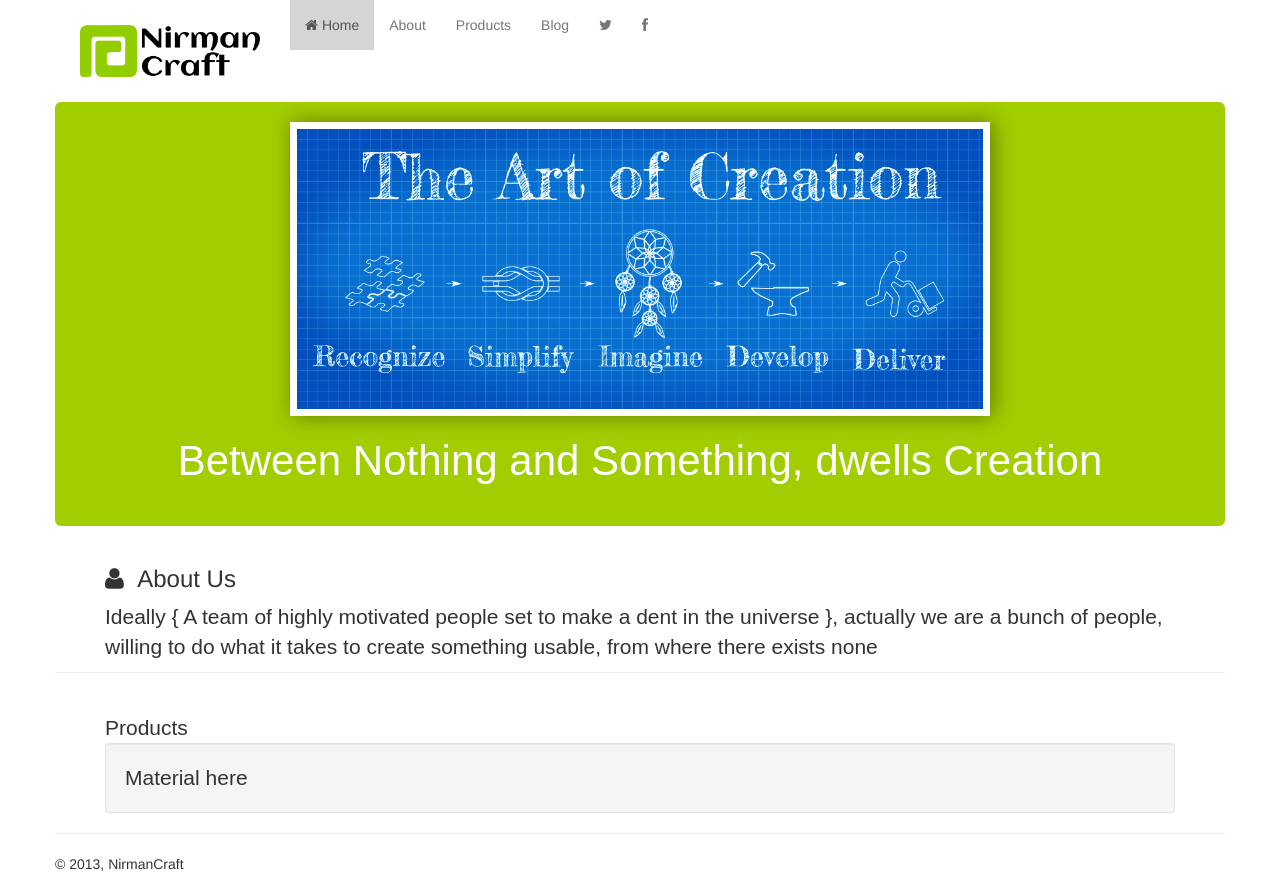
Repository: MeShreyas/NirmanCraftWebsite
Page: NirmanCraft/index.html
The author's editor kept a copy of each file at every save. The page is drawn from the files as they stood at one save, then again after the next save.
The browser window is 1280 px wide. The pictures show the whole page.
Some web fonts or font styles are not loaded; a fallback is used.

Above is the page before, as saved 2013-10-07 12:36:58.
Console error: ReferenceError: jQuery is not defined

### NirmanCraft/index.html
<!DOCTYPE html>
<html lang="en">
	<head>
		<meta charset="utf-8">

		<!-- Always force latest IE rendering engine (even in intranet) & Chrome Frame
		Remove this if you use the .htaccess -->
		<meta http-equiv="X-UA-Compatible" content="IE=edge,chrome=1">

		<title>Nirman Craft</title>
		<meta name="description" content="">
		<meta name="author" content="Shreyas">

		<meta name="viewport" content="width=device-width; initial-scale=1.0">

		<!-- Replace favicon.ico & apple-touch-icon.png in the root of your domain and delete these references -->
		<link rel="shortcut icon" href="/favicon.ico">
		<link rel="stylesheet" href="css/bootstrap.min.css">
		<link rel="apple-touch-icon" href="/apple-touch-icon.png">
		<link rel="stylesheet" href="font-awesome/css/font-awesome.min.css"/>
		<style type="text/css">
				.title-text {
					font-family: 'Strait', sans-serif;
					font-size: 2em;
					color: #FFFFFF;
				}

				.header-text {
					font-family: 'Strait', sans-serif;
					font-size: 1.5em;
					color:#333333;
				}
			</style>
	</head>

	<body>
		<div class="container">
			<header class="navbar" style="background-color: #FFFFFF;margin-bottom:0px">
				<div class="container">
					<div class="navbar-header">
						<a class="navbar-brand" href="../"><img src="images/nclogo.png" width="200px" style="padding:10px"/></a>
					</div>
					<div>
						<ul class="nav navbar-nav container" >
							<li class="active">
								<a href="../getting-started"><i class="icon-home"></i>&nbsp;Home</a>
							</li>
							<li>
								<a href="../css">About</a>
							</li>
							<li>
								<a href="../components">Products</a>
							</li>
							<li>
								<a href="../javascript">Blog</a>
							</li>
							<li>
								<a href="../customize"><i class="icon-twitter"></i></a>
							</li>
							<li>
								<a href="../customize"><i class="icon-facebook"></i></a>
							</li>
						</ul>
					</div>
				</div>
			</header>

			<div class="jumbotron" style="padding:20px 0px;margin-top:0px;background-color: #A2CD00">
				<div class="container title-text">
					<center>
						<img src="images/finalbanner.png" width="700px" style="border:7px solid #FFFFFF;box-shadow: 3px 0px 20px rgba(0,0,0,0.4)"/>
						<br/>
						Between Nothing and Something, dwells Creation
					</center>
				</div>
			</div>
			<div class="page-header header-text" style="padding:0 50px">
				<h3><i class="icon-user"></i>&nbsp;&nbsp;About Us</h3>
				<div>

					<p>
					Ideally { A team of highly motivated people set to make a dent in the universe }, actually we are a bunch
					of people, willing to do what it takes to create something usable, from where there exists none
					</p>
				</div>
			</div>
			<div class="page-header header-text" style="padding:0 50px">
				Products
				<div class="well">
					Material here
				</div>
			</div>
			<footer>
				<p>
					&copy; 2013, NirmanCraft
				</p>
			</footer>
		</div>
		<script src="js/bootstrap.min.js" type="text/javascript" charset="utf-8"></script>
		<link href='http://fonts.googleapis.com/css?family=Strait' rel='stylesheet' type='text/css'>
	</body>
</html>

Loaded but not shown: NirmanCraft/css/bootstrap.min.css (library); NirmanCraft/font-awesome/css/font-awesome.min.css (library); NirmanCraft/js/bootstrap.min.js (library)

After the next save:
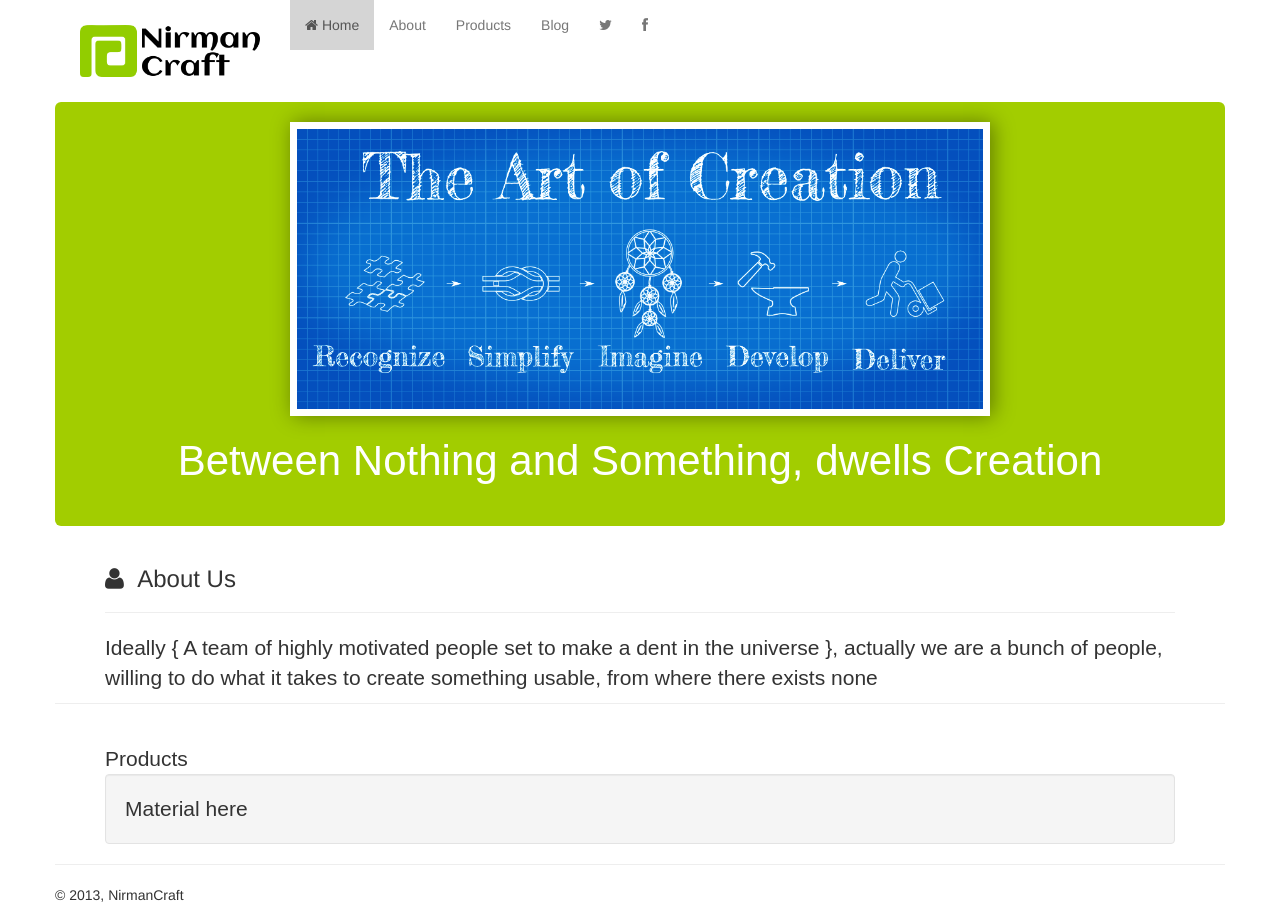
Saved 10 s later.
--- a/NirmanCraft/index.html
+++ b/NirmanCraft/index.html
@@ -75,7 +75,7 @@
 				</div>
 			</div>
 			<div class="page-header header-text" style="padding:0 50px">
-				<h3><i class="icon-user"></i>&nbsp;&nbsp;About Us</h3>
+				<h3><i class="icon-user"></i>&nbsp;&nbsp;About Us</h3><hr>
 				<div>
 
 					<p>
